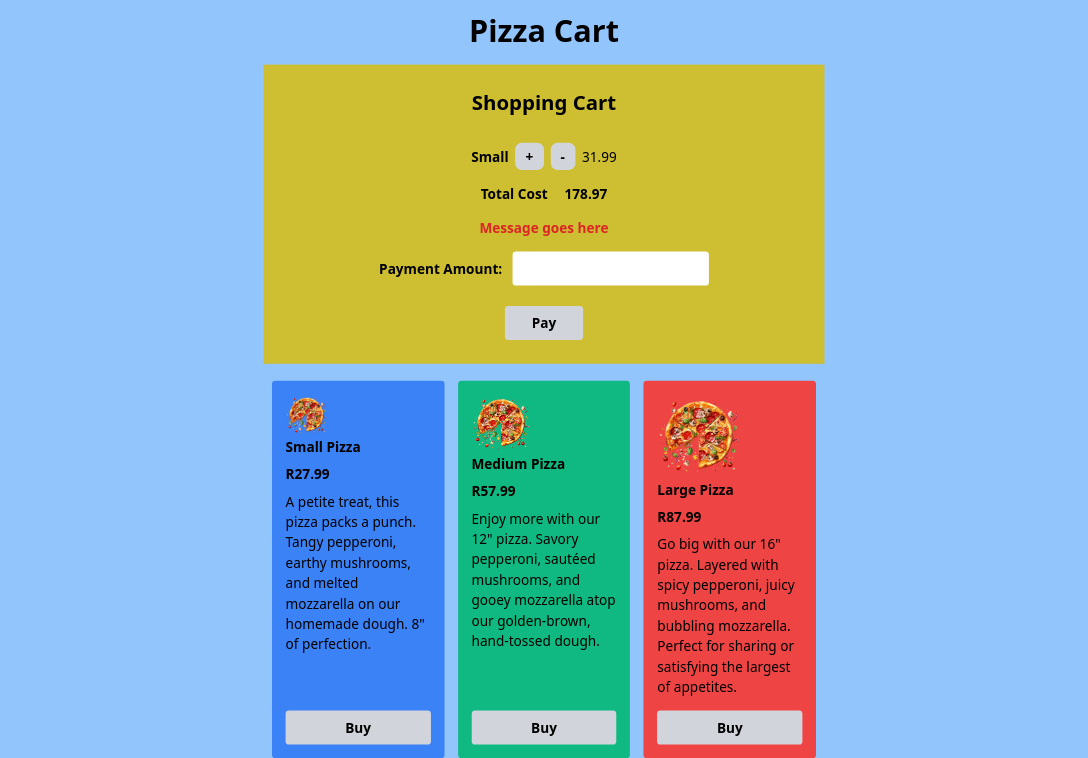
Repository: lasity34/pizza_cart
Page: index.html
The author's editor kept a copy of each file at every save. The page is drawn from the files as they stood at one save, then again after the next save.
The browser window is 1280 px wide. The pictures show the whole page, at 85% of full size.
Some web libraries are served in a nearby version.

Above is the page before, as saved 2023-07-11 09:41:58.

### index.html
<!DOCTYPE html>
<html lang="en">
  <head>
    <meta charset="UTF-8" />
    <meta name="viewport" content="width=device-width, initial-scale=1.0" />
    <title>Pizza Cart</title>
    <script src="//unpkg.com/alpinejs" defer></script>
    <link
      href="https://cdn.jsdelivr.net/npm/tailwindcss@2.1.2/dist/tailwind.min.css"
      rel="stylesheet"
    />
    <link href="./style.css" rel="stylesheet" />
  </head>
  <body class="bg-blue-300">
    <section class="flex justify-center items-center">
      <h1 class="text-4xl pt-4 font-bold">Pizza Cart</h1>
    </section>
    <section
      class="shop-container m-5 p-7 flex justify-center items-center flex-col"
    >
      <h2 class="text-2xl mb-2 font-bold">Shopping Cart</h2>
      <div class="mt-6 flex flex-col items-center">
        <div class="flex items-center">
          <p class="font-bold mr-2">Small</p>
          <button
            class="bg-gray-300 hover:bg-gray-400 rounded-lg px-3 py-1 mr-2 font-bold"
          >
            +
          </button>
          <button
            class="bg-gray-300 hover:bg-gray-400 rounded-lg px-3 py-1 font-bold"
          >
            -
          </button>
          <p class="ml-2">31.99</p>
        </div>
        <div class="flex mt-4">
          <p class="font-bold">Total Cost</p>
          <p class="ml-5 font-bold">178.97</p>
        </div>
        <div class="mt-4">
          <p class="text-red-600 font-bold">Message goes here</p>
        </div>
        <div class="mt-4">
          <label class="font-bold">Payment Amount:</label>
          <input type="text" class="rounded ml-2 py-2" />
        </div>
        <div class="mt-6">
          <button
            class="bg-gray-300 hover:bg-gray-400 py-2 px-8 rounded font-bold"
          >
            Pay
          </button>
        </div>
      </div>
    </section>
    <section class="pizza_columns">
        <div class="flex justify-around gap-4 max-w-screen-sm mx-auto">
            <div class="pizza_sm bg-blue-500 rounded p-4 w-64 flex flex-col justify-between text-black">
              <div>
                <img src="./pizza.png" width="50" />
                <h3 class="mb-2 font-bold">Small Pizza</h3>
                <h3 class="mb-2 font-bold">R27.99</h3>
                <p class="mb-4">
                  A petite treat, this pizza packs a punch. Tangy pepperoni, earthy
                  mushrooms, and melted mozzarella on our homemade dough. 8" of
                  perfection.
                </p>
              </div>
              <button class="bg-gray-300 hover:bg-gray-400 transition-colors duration-300 py-2 px-4 rounded font-bold">Buy</button>
            </div>
            <div class="pizza_md bg-green-500 rounded p-4 w-64 flex flex-col justify-between text-black">
              <div>
                <img src="./pizza.png" width="70" />
                <h3 class="mb-2 font-bold">Medium Pizza</h3>
                <h3 class="mb-2 font-bold">R57.99</h3>
                <p class="mb-4">
                  Enjoy more with our 12" pizza. Savory pepperoni, sautéed mushrooms, and gooey mozzarella atop our golden-brown, hand-tossed dough.
                </p>
              </div>
              <button class="bg-gray-300 hover:bg-gray-400 transition-colors duration-300 py-2 px-4 rounded font-bold">Buy</button>
            </div>
            <div class="pizza_lg bg-red-500 rounded p-4 w-64 flex flex-col justify-between text-black">
              <div>
                <img src="./pizza.png" width="100" />
                <h3 class="mb-2 font-bold">Large Pizza</h3>
                <h3 class="mb-2 font-bold">R87.99</h3>
                <p class="mb-4">
                  Go big with our 16" pizza. Layered with spicy pepperoni, juicy mushrooms, and bubbling mozzarella. Perfect for sharing or satisfying the largest of appetites.
                </p>
              </div>
              <button class="bg-gray-300 hover:bg-gray-400 transition-colors duration-300 py-2 px-4 rounded font-bold">Buy</button>
            </div>
          </div>






    </section>
  </body>
</html>

### style.css

body {
    max-width: 700px;
    margin: 0 auto;
}

.shop-container {
    background-color: rgb(205, 190, 50);
}

After the next save:
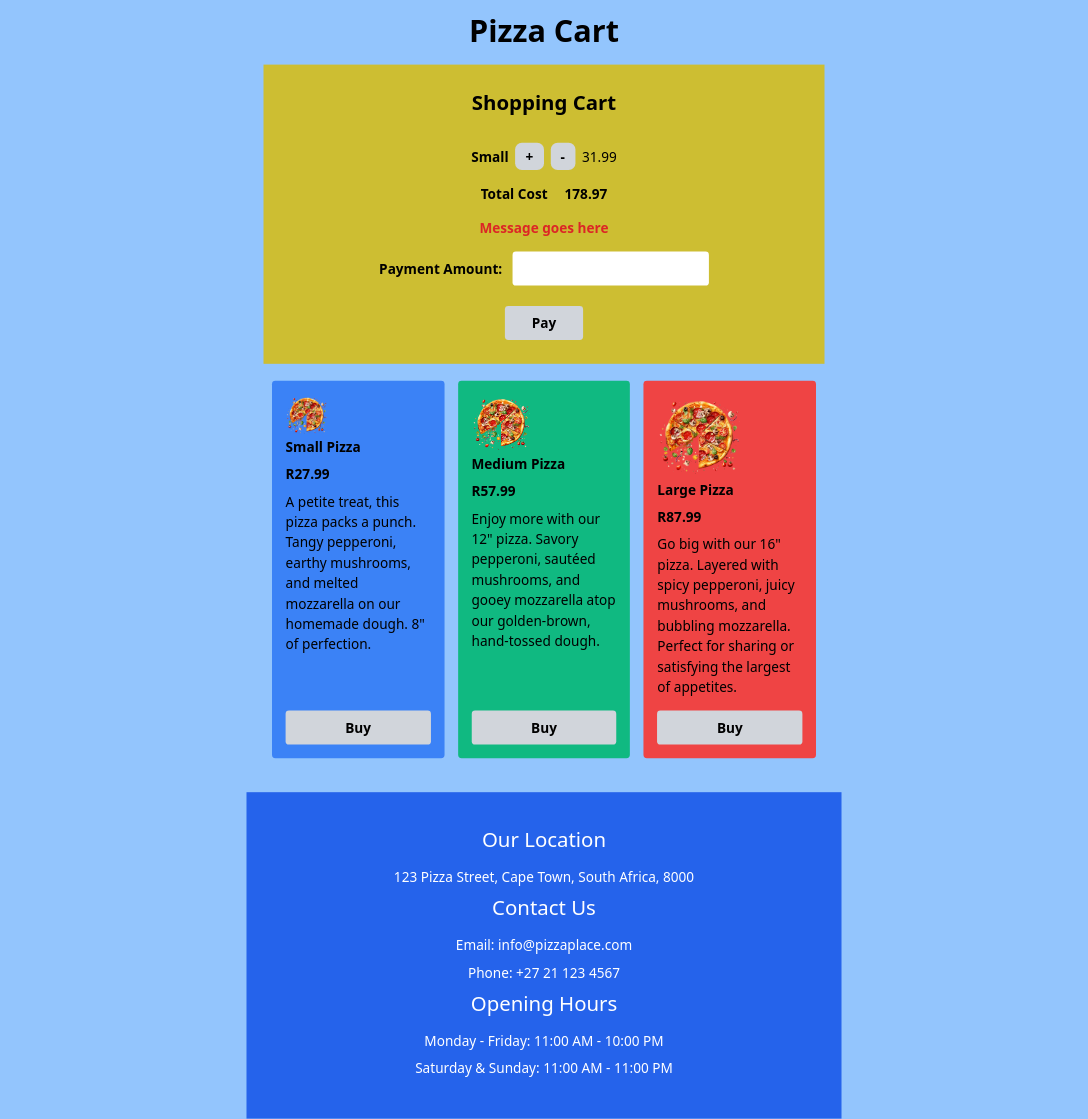
Saved 4 min 42 s later.
--- a/index.html
+++ b/index.html
@@ -92,6 +92,20 @@
               <button class="bg-gray-300 hover:bg-gray-400 transition-colors duration-300 py-2 px-4 rounded font-bold">Buy</button>
             </div>
           </div>
+          <footer class="bg-blue-600 text-white mt-10 p-10">
+            <div class="container mx-auto text-center">
+              <h2 class="text-2xl mb-4">Our Location</h2>
+              <p class="mb-2">123 Pizza Street, Cape Town, South Africa, 8000</p>
+
+              <h2 class="text-2xl mb-4">Contact Us</h2>
+              <p class="mb-2">Email: info@pizzaplace.com</p>
+              <p class="mb-2">Phone: +27 21 123 4567</p>
+
+              <h2 class="text-2xl mb-4">Opening Hours</h2>
+              <p class="mb-2">Monday - Friday: 11:00 AM - 10:00 PM</p>
+              <p class="mb-2">Saturday & Sunday: 11:00 AM - 11:00 PM</p>
+            </div>
+          </footer>
 
 
 
